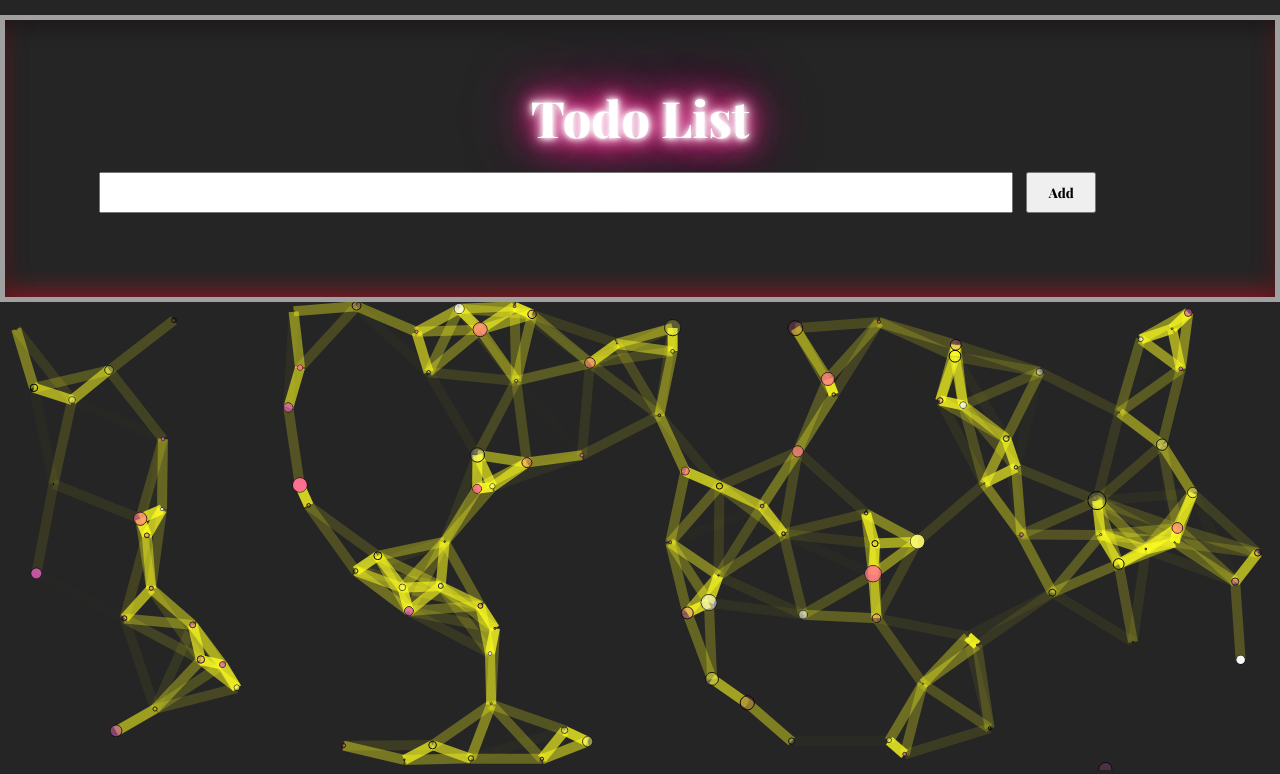
Repository: TENSAEA/----todo
Page: index.html
An editor plug-in stored every save of this project. The page is shown before and after the next save, followed by the edit.
The browser window is 1280 px wide. The pictures show the whole page.
Some web fonts or font styles are not loaded; a fallback is used.

Above is the page before, as saved 2023-10-12 22:44:13.

After the next save:
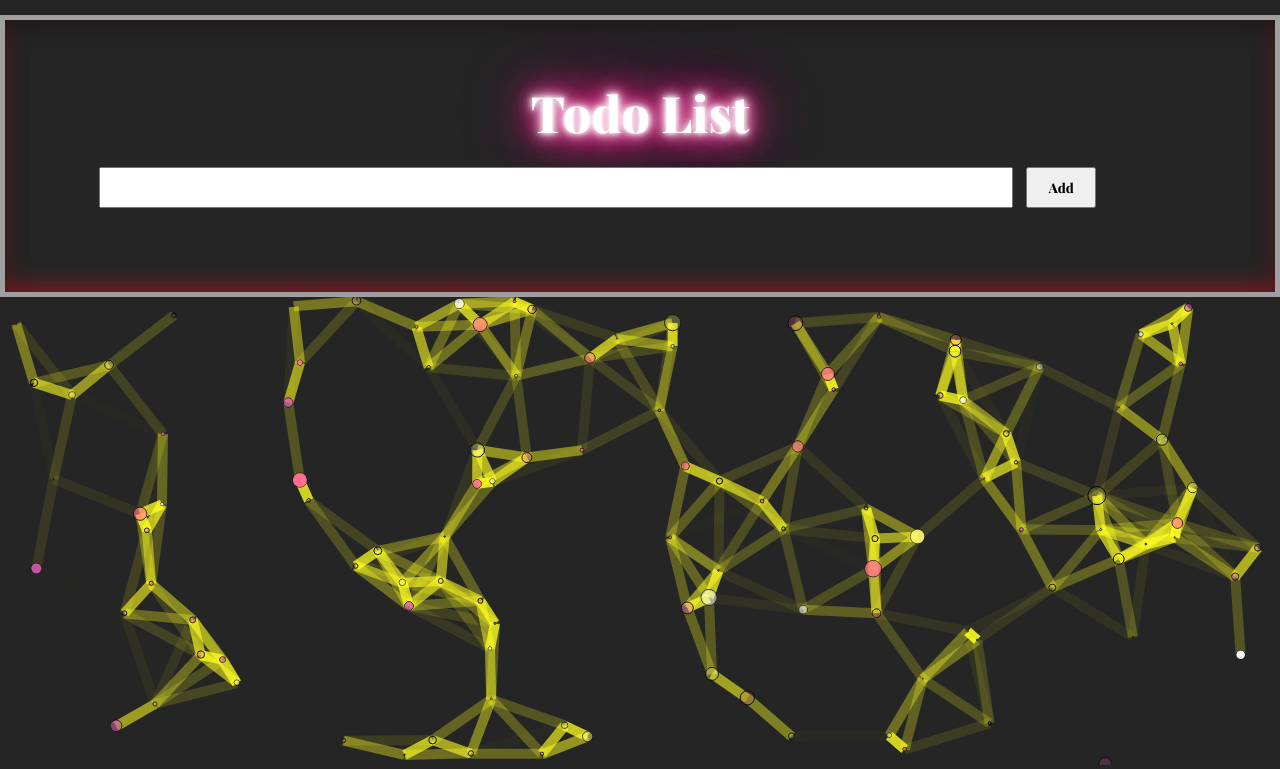
Saved 31 s later.
--- a/style.css
+++ b/style.css
@@ -31,6 +31,7 @@ box-shadow: 0px 0px 0px 5px #A0A0A0, inset 0px 10px 27px -8px #141414, inset 0px
 }
 
 .container h1{
+    margin-top:-5px;
     font-size:50px;
     text-align:center;
     color: #FFFFFF;
